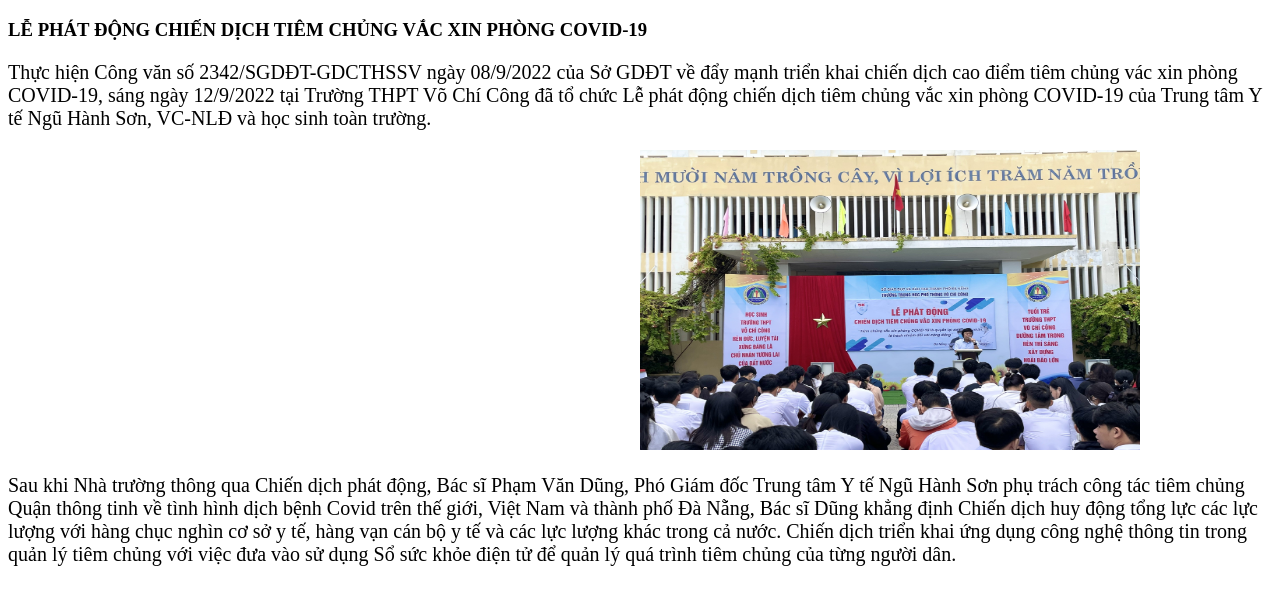
Repository: dphasst17/THPTVCC
Page: new/new_content/new_conten1.html
The author's editor kept a copy of each file at every save. The page is drawn from the files as they stood at one save, then again after the next save.
The browser window is 1280 px wide. The pictures show the whole page.

Above is the page before, as saved 2022-10-13 10:41:18.

After the next save:
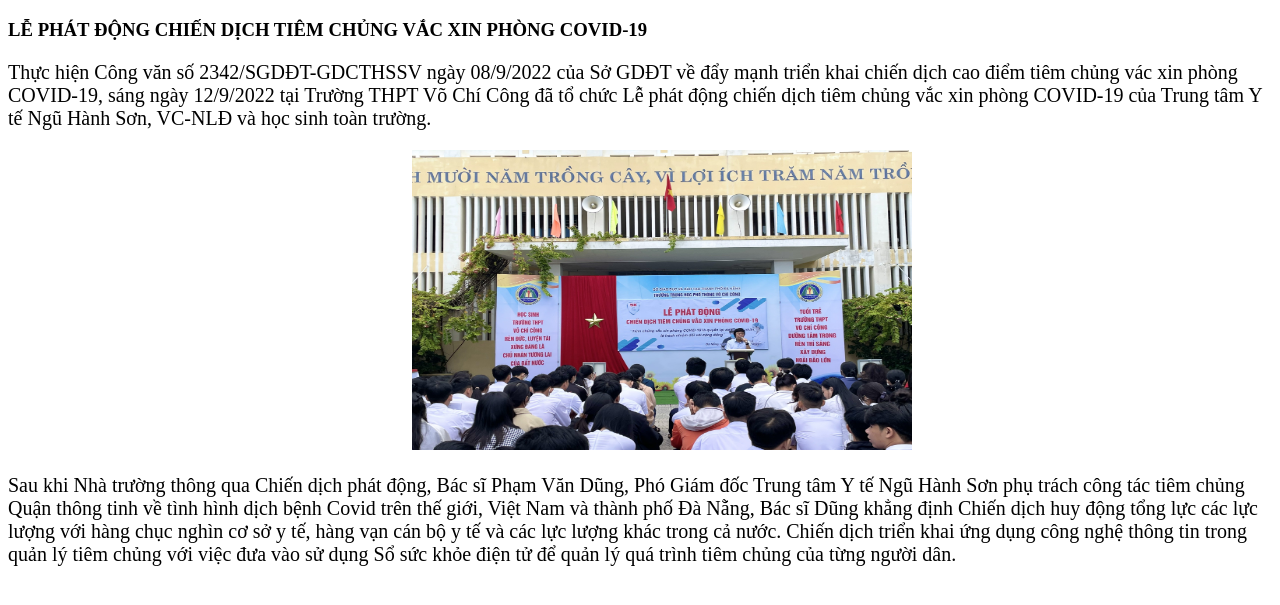
Saved 29 s later.
--- a/new/new_content/new_conten1.html
+++ b/new/new_content/new_conten1.html
@@ -10,7 +10,7 @@
             font-size:20px;
         }
         img{
-            margin-left:50%;
+            margin-left:32%;
         }
     </style>
 </head>
